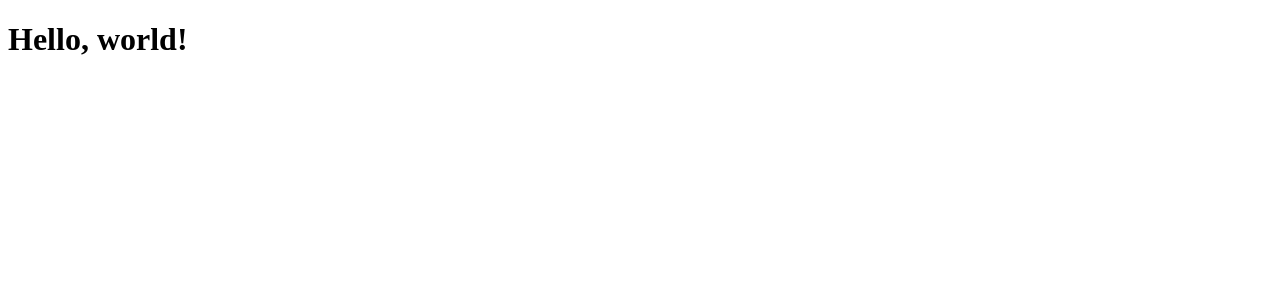
Repository: glgeorgiou/100-days-of-code-projects
Page: Front End Libraries Certification/4.React/react-test.html
These files come from the project's save history. The page is drawn as it stood at one moment and after the next save; the edit follows.
The browser window is 1280 px wide. The pictures show the whole page.
Some web libraries are served in a nearby version.

Above is the page before, as saved 2019-06-10 10:43:46.

After the next save:
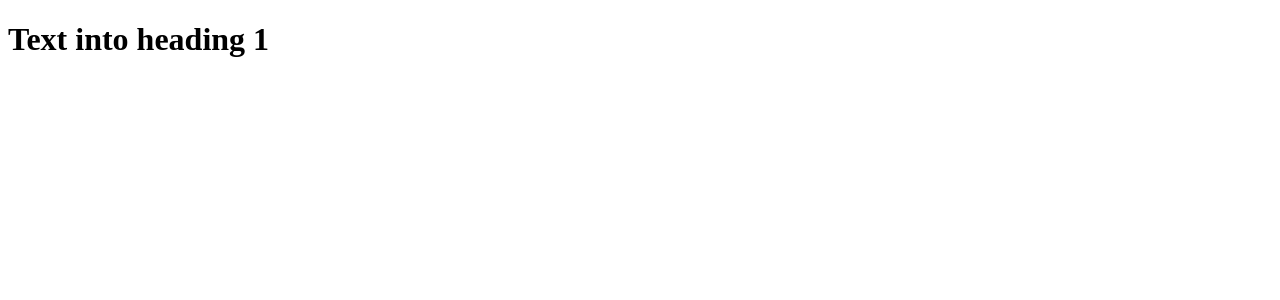
Saved 39 s later.
--- a/Front End Libraries Certification/4.React/react-test.html
+++ b/Front End Libraries Certification/4.React/react-test.html
@@ -19,10 +19,10 @@
 
 
       const element = React.createElement(
-  'h1',
-  {className: 'greeting'},
-  'Hello, world!'
-);
+        'h1',
+        {className: 'myClass'},
+        'Text into heading 1'
+    );
 
        ReactDOM.render(element, document.getElementById('challenge-node'))  ;
     </script>
